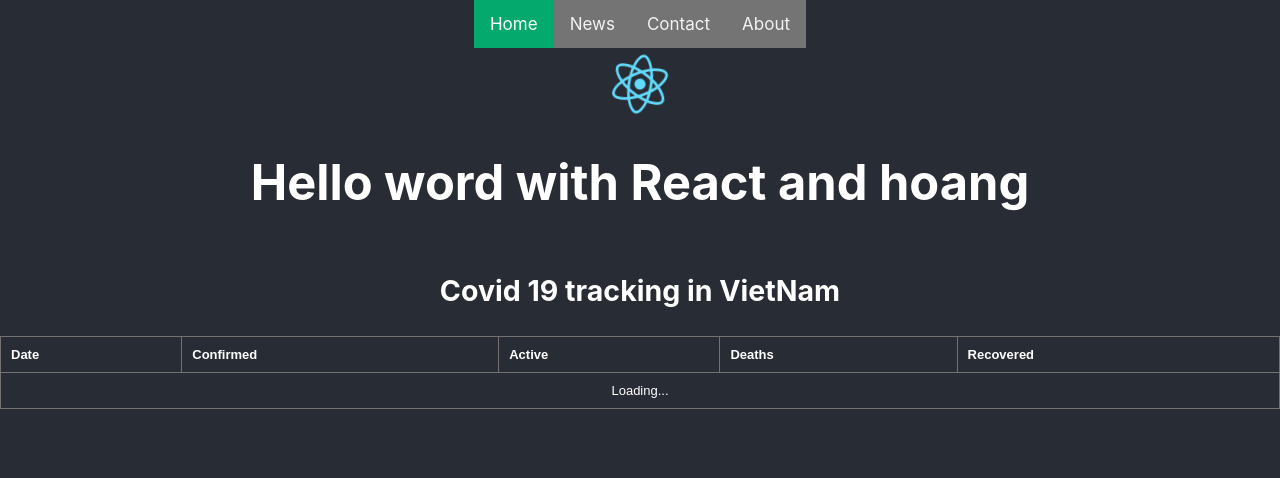
Repository: hoang0508/ReactJsHookBasic
Page: /
An editor plug-in stored every save of this project. The page is shown before and after the next save, followed by the edit.
The browser window is 1280 px wide. The pictures show the whole page.
The page's requests for data from a server got no answer. The project was rebuilt for these pictures with package versions that can differ from the ones it lists, and the page was loaded fresh each time. No one was signed in, and anything a server would have sent is missing. Also part of the build but not shown: src/views/Todo.js.

Above is the page before, as saved 2021-11-14 21:21:32.

### src/App.js
import logo from "./logo.svg";
import "./App.css";
import Nav from "./views/Nav";
import { useState, useEffect } from "react";
import Todo from "./views/Todo";
import Covid from "./views/covid";
// template + logic
// JSX
// babel
function App() {
  // state
  // let name = "Hoang";
  // useState (hook)
  let [name, setName] = useState("hoang");
  const [address, setAddress] = useState("");
  const [todos, setTodos] = useState([
    { id: "todo1", title: "My school EPU", type: "hoang" },
    { id: "todo2", title: "Doing homework", type: "huy" },
  ]);

  // didmount
  useEffect(() => {
    console.log("run use effect");
  }, [address]);

  useEffect(() => {
    console.log("run use effect todo");
  }, [todos]);

  const handleEventClick = (event) => {
    // setName(address); // setName re render
    // console.log("click me", name);
    // hook not merge state
    if (!address) {
      alert("empty input");
      return;
    }
    let newTodo = {
      id: Math.floor(Math.random() * 1000),
      title: address,
      type: "hoang",
    };
    setTodos([...todos, newTodo]); // spread
    setAddress("");
  };
  const handleOnchangeInput = (event) => {
    setAddress(event.target.value);
    // console.log(event.target.value);
  };
  const deleteDataTodo = (id) => {
    let currentTodos = todos;
    currentTodos = currentTodos.filter((item) => item.id !== id);
    setTodos(currentTodos);
  };
  return (
    <div className="App">
      <header className="App-header">
        <Nav />
        <img src={logo} className="App-logo" alt="logo" />
        <h1>Hello word with React and {name}</h1>
        <Covid />
        {/* <Todo
          todos={todos}
          title={"All todos"}
          deleteDataTodo={deleteDataTodo}
        />
        <Todo
          todos={todos.filter((item) => item.type === "hoang")}
          title={"Hoang's todo"}
          deleteDataTodo={deleteDataTodo}
        />
        <input
          type="text"
          value={address}
          onChange={(event) => handleOnchangeInput(event)}
        />
        <button type="button" onClick={(event) => handleEventClick(event)}>
          Click me
        </button> */}
      </header>
    </div>
  );
}

export default App;

### src/App.css
.App {
  text-align: center;
}

.App-logo {
  height: 10vmin;
  pointer-events: none;
}

@media (prefers-reduced-motion: no-preference) {
  .App-logo {
    animation: App-logo-spin infinite 20s linear;
  }
}

.App-header {
  background-color: #282c34;
  min-height: 100vh;
  display: flex;
  flex-direction: column;
  align-items: center;
  /* justify-content: center; */
  font-size: calc(10px + 2vmin);
  color: white;
}

.App-link {
  color: #61dafb;
}

@keyframes App-logo-spin {
  from {
    transform: rotate(0deg);
  }
  to {
    transform: rotate(360deg);
  }
}

table {
  font-family: arial, sans-serif;
  border-collapse: collapse;
  width: 100%;
  font-size: 13px;
}

td,
th {
  border: 1px solid #747171;
  text-align: left;
  padding: 10px;
}

tr:nth-child(even) {
  background-color: #545454;
}

### src/views/Nav.js
import "./Nav.scss";
const Nav = () => {
  return (
    <div className="topnav">
      <a className="active" href="#home">
        Home
      </a>
      <a href="#news">News</a>
      <a href="#contact">Contact</a>
      <a href="#about">About</a>
    </div>
  );
};

export default Nav;

### src/views/covid.js
import moment from "moment";
import { useEffect, useState } from "react";
import useFetch from "../customize/fetch";
const Covid = () => {
  const today = new Date(new Date().setHours(0, 0, 0, 0));
  const priorDate = moment().subtract(31, "days");
  const {
    data: dataCovid,
    isloading,
    isError,
  } = useFetch(
    `https://api.covid19api.com/country/vietnam?from=${priorDate.toISOString()}&to=${today.toISOString()}`
  );
  return (
    <>
      <h3>Covid 19 tracking in VietNam</h3>
      <table>
        <thead>
          <tr>
            <th>Date</th>
            <th>Confirmed</th>
            <th>Active</th>
            <th>Deaths</th>
            <th>Recovered</th>
          </tr>
        </thead>
        <tbody>
          {isError === false &&
            isloading === false &&
            dataCovid &&
            dataCovid.length > 0 &&
            dataCovid.map((item) => {
              return (
                <tr key={item.ID}>
                  <td>{item.Date}</td>
                  <td>{item.Confirmed}</td>
                  <td>{item.Active}</td>
                  <td>{item.Deaths}</td>
                  <td>{item.Recovered}</td>
                </tr>
              );
            })}

          {isloading === true && (
            <tr>
              <td colSpan="5" style={{ textAlign: "center" }}>
                Loading...
              </td>
            </tr>
          )}

          {isError === true && (
            <tr>
              <td colSpan="5" style={{ textAlign: "center" }}>
                Something wrong ...
              </td>
            </tr>
          )}
        </tbody>
      </table>
    </>
  );
};

export default Covid;

### src/views/Nav.scss
.topnav {
  overflow: hidden;
  background-color: #747474;
  a {
    float: left;
    color: #f2f2f2;
    text-align: center;
    padding: 14px 16px;
    text-decoration: none;
    font-size: 17px;
  }
  a:hover {
    background-color: #ddd;
    color: black;
  }
  a.active {
    background-color: #04aa6d;
    color: white;
  }
}

### src/customize/fetch.js
import { useEffect, useState } from "react";
import axios from "axios";
import moment from "moment";
const useFetch = (url) => {
  const [data, setData] = useState([]);
  const [isloading, setIsLoading] = useState(true);
  const [isError, setIsError] = useState(false);
  // componentDidmount
  useEffect(() => {
    try {
      async function fetchData() {
        let reponse = await axios.get(url);
        let data = reponse && reponse.data ? reponse.data : [];
        if (data && data.length > 0) {
          data.map((item) => {
            item.Date = moment(item.Date).format("DD/MM/YYYY");
            return item;
          });
          data = data.reverse();
        }
        setData(data);
        setIsLoading(false);
        setIsError(false);
      }
      fetchData();
    } catch (e) {
      setIsError(true);
      setIsLoading(false);
    }
  }, []);

  return {
    data,
    isloading,
    isError,
  };
};

export default useFetch;

### src/views/Countdown.js
import React from "react";
class Countdown extends React.Component {
  render() {
    return <div>hello word width countdown</div>;
  }
}

export default Countdown;

Loaded but not shown: public/index.html (common file); src/index.js (common file); src/index.css (common file); src/reportWebVitals.js (common file)

After the next save:
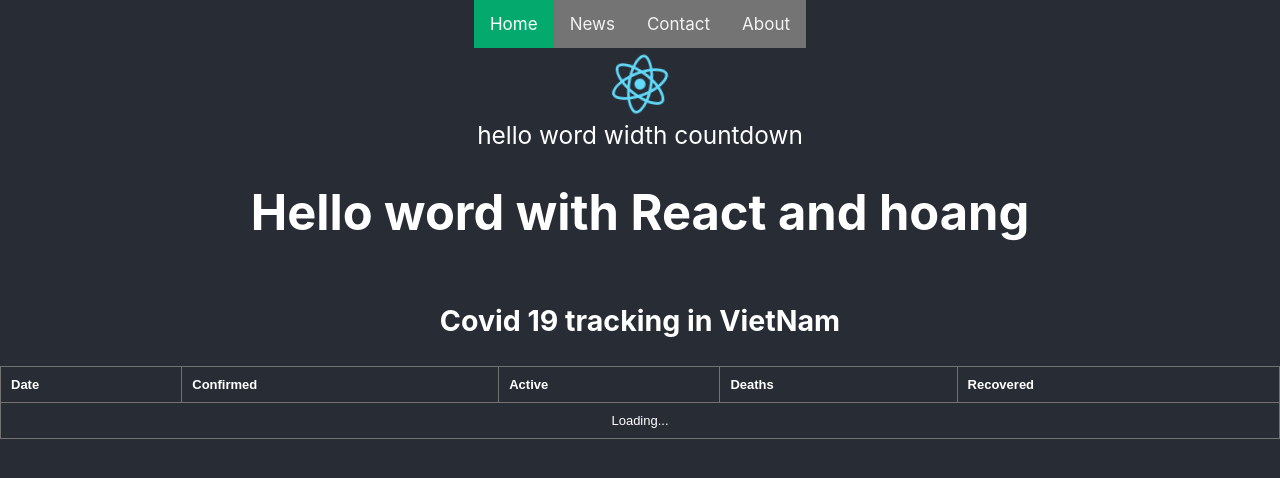
Saved 26 s later.
--- a/src/App.js
+++ b/src/App.js
@@ -4,6 +4,7 @@
 import { useState, useEffect } from "react";
 import Todo from "./views/Todo";
 import Covid from "./views/covid";
+import Countdown from "./views/Countdown";
 // template + logic
 // JSX
 // babel
@@ -57,6 +58,7 @@
       <header className="App-header">
         <Nav />
         <img src={logo} className="App-logo" alt="logo" />
+        <Countdown />
         <h1>Hello word with React and {name}</h1>
         <Covid />
         {/* <Todo
